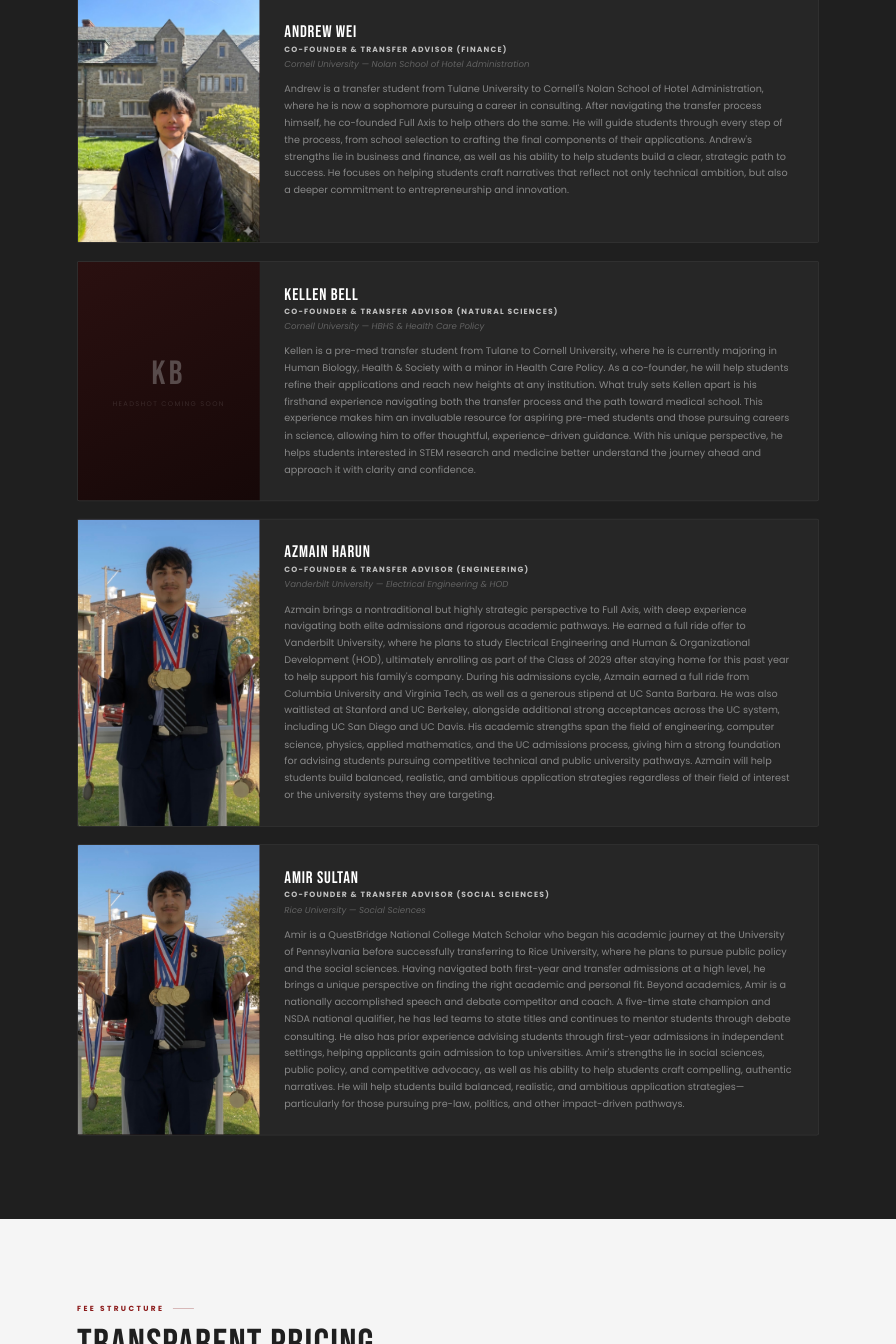
Repository: epeguero8311/cesar
Page: index.html
An editor plug-in stored every save of this project. The page is shown before and after the next save, followed by the edit.
The browser window is 1280 px wide. The pictures show the part of the page from y = 2360 to 4280 px (the page is 7453 px tall), at 70% of full size.

Above is the page before, as saved 2026-05-07 21:16:33.

### index.html
<!DOCTYPE html>
<html lang="en">
<head>
<meta charset="UTF-8" />
<meta name="viewport" content="width=device-width, initial-scale=1.0" />
<link rel="icon" type="image/png" href="Untitled_design__1_-removebg-preview.png" />
<title>Full Axis — Prestige Admissions Advisory</title>
<link rel="preconnect" href="https://fonts.googleapis.com" />
<link rel="preconnect" href="https://fonts.gstatic.com" crossorigin />
<link href="https://fonts.googleapis.com/css2?family=Bebas+Neue&family=Poppins:ital,wght@0,300;0,400;0,500;0,600;0,700;1,400&display=swap" rel="stylesheet" />
<link rel="stylesheet" href="style.css" />
</head>
<body>

<!-- NAV -->
<nav>
  <div class="nav-brand">
    <img src="IMG_4736-removebg-preview.png" alt="Full Axis" class="nav-logo-img" />
  </div>
  <ul class="nav-links">
    <li><a href="#mission">Mission</a></li>
    <li><a href="#team">Team</a></li>
    <li><a href="#pricing">Packages</a></li>
    <li><a href="#apply" class="nav-cta">Apply Now</a></li>
  </ul>
</nav>

<!-- HERO -->
<section id="hero">
  <div class="hero-inner">
    <div class="hero-eyebrow">Prestige Admissions Advisory</div>
    <h1 class="hero-title">Your defining<br /><em>axis</em> starts here.</h1>
    <div class="hero-rule"></div>
    <p class="hero-sub">Connect → Gameplan → Success</p>
    <div class="hero-actions">
      <a href="#apply" class="btn-primary">Begin Your Application</a>
      <a href="#mission" class="btn-outline">Learn More</a>
    </div>
  </div>
</section>

<!-- STATS RIBBON -->
<div class="stats-ribbon">
  <div class="stat"><strong>Tier 1</strong>&nbsp;Target Schools</div>
  <div class="stat-sep"></div>
  <div class="stat"><strong>Paired</strong>&nbsp;Major-Specific Mentors</div>
  <div class="stat-sep"></div>
  <div class="stat"><strong>Beta</strong>&nbsp;2026–27 Cycle</div>
  <div class="stat-sep"></div>
  <div class="stat"><strong>Free</strong>&nbsp;First Consultation</div>
</div>

<!-- MISSION -->
<section id="mission">
  <div class="section-inner">
    <div class="section-label">Who We Are</div>
    <h2 class="section-title">Built on precision.<br />Defined by results.</h2>
    <div class="mission-grid">
      <div class="reveal">
        <p class="mission-statement">Full Axis is a prestige-focused, major-specific admissions advisory firm. We specialize in guiding students from a multitude of backgrounds through the most competitive first-year and transfer pathways in the country.</p>
        <div class="beta-badge">
          <span class="beta-dot"></span>
          Currently in Beta — 2026–2027 Cycle &nbsp;·&nbsp; Limited Spots Available
        </div>
      </div>
      <div class="mission-right reveal d2">
        <div class="pillar">
          <h3>Our Approach</h3>
          <p>We operate on a "Tiered Expertise" model, pairing each student with mentors who have successfully navigated their exact target trajectory — gaining admission to top programs in their respective fields.</p>
        </div>
        <div class="pillar">
          <h3>Our Philosophy</h3>
          <p>We believe every applicant has a defining narrative axis. Whether it is the pursuit of an elite standard or a strategic reinvention, our role is to identify, refine, and position that axis with precision.</p>
        </div>
      </div>
    </div>
    <div class="ornament"><div class="ornament-diamond"></div></div>
  </div>
</section>

<!-- TEAM -->
<section id="team">
  <div class="section-inner">
    <div class="team-intro">
      <div class="section-label">The Axis Network</div>
      <h2 class="section-title on-dark">Guided by those<br />who've been there.</h2>
    </div>
    <div class="team-grid">
      <!-- Cesar -->
      <div class="team-card reveal">
        <div class="team-photo">
          <div class="team-photo-ph"><div class="team-initials">C</div><div class="photo-hint">Headshot coming soon</div></div>
        </div>
        <div class="team-info">
          <div class="team-name">Cesar Espinoza</div>
          <div class="team-role">Founder &amp; Director</div>
          <div class="team-school">Full Axis</div>
          <p class="team-bio">Cesar leads Full Axis with a mission to make the college admissions process more structured, strategic, and accessible. He works with students across a range of pathways—from high-achieving first-year applicants seeking stronger outcomes to college students refining their academic direction—helping them clarify goals and strengthen their applications. With immense knowledge in the transfer landscape, particularly STEM-focused pathways, he oversees advisor strategy and ensures each student is matched with the right support for their goals.</p>
        </div>
      </div>
      <!-- Andrew -->
      <div class="team-card reveal d1">
        <div class="team-photo">
          <img src="headshots/headshot-Andrew_Wei 2.JPEG" alt="Andrew Wei" class="team-headshot" />
        </div>
        <div class="team-info">
          <div class="team-name">Andrew Wei</div>
          <div class="team-role">Co-Founder &amp; Transfer Advisor (Finance)</div>
          <div class="team-school">Cornell University — Nolan School of Hotel Administration</div>
          <p class="team-bio">Andrew is a transfer student from Tulane University to Cornell's Nolan School of Hotel Administration, where he is now a sophomore pursuing a career in consulting. After navigating the transfer process himself, he co-founded Full Axis to help others do the same. He will guide students through every step of the process, from school selection to crafting the final components of their applications. Andrew's strengths lie in business and finance, as well as his ability to help students build a clear, strategic path to success. He focuses on helping students craft narratives that reflect not only technical ambition, but also a deeper commitment to entrepreneurship and innovation.</p>
        </div>
      </div>
      <!-- Kellen -->
      <div class="team-card reveal d2">
        <div class="team-photo">
          <div class="team-photo-ph"><div class="team-initials">KB</div><div class="photo-hint">Headshot coming soon</div></div>
        </div>
        <div class="team-info">
          <div class="team-name">Kellen Bell</div>
          <div class="team-role">Co-Founder &amp; Transfer Advisor (Natural Sciences)</div>
          <div class="team-school">Cornell University — HBHS &amp; Health Care Policy</div>
          <p class="team-bio">Kellen is a pre-med transfer student from Tulane to Cornell University, where he is currently majoring in Human Biology, Health & Society with a minor in Health Care Policy. As a co-founder, he will help students refine their applications and reach new heights at any institution. What truly sets Kellen apart is his firsthand experience navigating both the transfer process and the path toward medical school. This experience makes him an invaluable resource for aspiring pre-med students and those pursuing careers in science, allowing him to offer thoughtful, experience-driven guidance. With his unique perspective, he helps students interested in STEM research and medicine better understand the journey ahead and approach it with clarity and confidence.</p>
        </div>
      </div>
      <!-- Azmain -->
      <div class="team-card reveal d3">
        <div class="team-photo">
          <img src="headshots/IMG_4781.jpg" alt="Azmain" class="team-headshot" />
        </div>
        <div class="team-info">
          <div class="team-name">Azmain Harun</div>
          <div class="team-role">Co-Founder &amp; Transfer Advisor (Engineering)</div>
          <div class="team-school">Vanderbilt University — Electrical Engineering &amp; HOD</div>
          <p class="team-bio">Azmain brings a nontraditional but highly strategic perspective to Full Axis, with deep experience navigating both elite admissions and rigorous academic pathways. He earned a full ride offer to Vanderbilt University, where he plans to study Electrical Engineering and Human & Organizational Development (HOD), ultimately enrolling as part of the Class of 2029 after staying home for this past year to help support his family's company.

During his admissions cycle, Azmain earned a full ride from Columbia University and Virginia Tech, as well as a generous stipend at UC Santa Barbara. He was also waitlisted at Stanford and UC Berkeley, alongside additional strong acceptances across the UC system, including UC San Diego and UC Davis.

His academic strengths span the field of engineering, computer science, physics, applied mathematics, and the UC admissions process, giving him a strong foundation for advising students pursuing competitive technical and public university pathways. Azmain will help students build balanced, realistic, and ambitious application strategies regardless of their field of interest or the university systems they are targeting.</p>
        </div>
      </div>
      <!-- Amir -->
      <div class="team-card reveal d4">
        <div class="team-photo">
          <img src="headshots/IMG_4781.jpg" alt="Amir" class="team-headshot" />
        </div>
        <div class="team-info">
          <div class="team-name">Amir Sultan</div>
          <div class="team-role">Co-Founder &amp; Transfer Advisor (Social Sciences)</div>
          <div class="team-school">Rice University — Social Sciences</div>
          <p class="team-bio">Amir is a QuestBridge National College Match Scholar who began his academic journey at the University of Pennsylvania before successfully transferring to Rice University, where he plans to pursue public policy and the social sciences. Having navigated both first-year and transfer admissions at a high level, he brings a unique perspective on finding the right academic and personal fit.

Beyond academics, Amir is a nationally accomplished speech and debate competitor and coach. A five-time state champion and NSDA national qualifier, he has led teams to state titles and continues to mentor students through debate consulting. He also has prior experience advising students through first-year admissions in independent settings, helping applicants gain admission to top universities.

Amir's strengths lie in social sciences, public policy, and competitive advocacy, as well as his ability to help students craft compelling, authentic narratives. He will help students build balanced, realistic, and ambitious application strategies—particularly for those pursuing pre-law, politics, and other impact-driven pathways.</p>
        </div>
      </div>
    </div>
  </div>
</section>

<!-- PRICING -->
<section id="pricing">
  <div class="section-inner">
    <div class="pricing-hd reveal">
      <div class="section-label">Fee Structure</div>
      <h2 class="section-title">Transparent pricing.<br />Unmatched access.</h2>
      <div class="pricing-beta-block">Full Axis is currently in its beta cycle for the 2026–2027 school year. As we onboard our inaugural cohort, we strongly recommend getting started with us as soon as possible; this allows us to fully maximize your potential as an applicant. We operate on a rolling application system, with an application deadline in late September.</div>
    </div>

    <h3 class="axis-heading">Transfer Axis</h3>
    <p class="axis-desc">The Transfer Axis is an intensive, mentor-led program built for students aiming to successfully navigate the highly selective transfer admissions process. Rather than focusing solely on application polish, we work to construct a cohesive academic and extracurricular direction aligned with the expectations of top-tier institutions, creating a clear blueprint for success that extends beyond transfer outcomes into post-graduate goals.

We help students build a comprehensive transfer roadmap tailored to both their target "dream" schools and a strategically selected set of well-matched, adjacent institutions, all grounded in individualized advising. From there, we guide major- and school-specific course selection to ensure each academic decision strengthens long-term positioning and aligns with admissions expectations. We also work closely with students to define a cohesive narrative that anchors and differentiates their application, then translate it into clear, high-impact essays that effectively communicate their story and strengths. Throughout the process, students receive hands-on essay support, ongoing mentorship, and direct guidance as questions arise. The result is a fully integrated, step-by-step framework that brings structure, clarity, and intentionality from initial planning through final submission.</p>
    <div class="pkg-grid reveal">
      <div class="pkg">
        <div class="pkg-name">Starter</div>
        <div class="rev-price">$1,350</div>
        <ul class="pkg-feats">
          <li class="pkg-feat">Paired mentor throughout application process</li>
          <li class="pkg-feat">Guaranteed monthly meetings</li>
          <li class="pkg-feat">Essay review for up to 3 schools</li>
        </ul>
        <div class="consult-note">✦ Free initial consultation included</div>
      </div>
      <div class="pkg featured">
        <div class="pkg-badge">Most Popular</div>
        <div class="pkg-name">Founders</div>
        <div class="rev-price">$1,500</div>
        <ul class="pkg-feats">
          <li class="pkg-feat">Paired mentor throughout application process</li>
          <li class="pkg-feat">Guaranteed monthly meetings</li>
          <li class="pkg-feat">Essay review for up to 5 schools</li>
          <li class="pkg-feat">Tailored roadmap built to your individual profile</li>
        </ul>
        <div class="consult-note">✦ Free initial consultation included</div>
      </div>
      <div class="pkg">
        <div class="pkg-name">Advanced</div>
        <div class="rev-price">$2,000</div>
        <ul class="pkg-feats">
          <li class="pkg-feat">Paired mentor throughout application process</li>
          <li class="pkg-feat">Guaranteed monthly meetings</li>
          <li class="pkg-feat">Essay review for up to 7 schools</li>
          <li class="pkg-feat">Tailored roadmap built to your individual profile</li>
        </ul>
        <div class="consult-note">✦ Free initial consultation included</div>
      </div>
      <div class="pkg">
        <div class="pkg-name">Premium</div>
        <div class="rev-price">$3,000</div>
        <ul class="pkg-feats">
          <li class="pkg-feat">Paired mentor throughout application process</li>
          <li class="pkg-feat">Guaranteed monthly meetings</li>
          <li class="pkg-feat">Essay review for up to 12 schools</li>
          <li class="pkg-feat">Tailored roadmap built to your individual profile</li>
        </ul>
        <div class="consult-note">✦ Free initial consultation included</div>
      </div>
    </div>

    <h3 class="axis-heading" style="margin-top:4.5rem">Review Axis</h3>
    <p class="axis-desc">The Review Axis is a focused, asynchronous essay review service designed for students who have completed the foundational work of their application and want expert-level refinement before submission. This tier is ideal for applicants seeking a precise, experienced second set of eyes to ensure their narrative is clear, compelling, and free of structural or strategic weaknesses. Support is centered entirely on written materials, with feedback delivered through detailed Google Docs edits and commentary, typically within a 24–72 hour turnaround.

Students may use this plan to refine personal statements or supplemental essays, with targeted guidance on narrative clarity, structure, and prompt alignment. Email communication and limited calls are available strictly for essay strategy discussions, including brainstorming, narrative direction, and refinement of key ideas. This service is intentionally bounded to written application support and does not include advising work covered under the Transfer Axis. A minimum 45-day window prior to the earliest application deadline is required to ensure adequate revision cycles and optimal results.</p>
    <div class="rev-grid reveal">
      <div class="rev-card">
        <div class="rev-card-title">High Schoolers — Essay Only</div>
        <div class="rev-price">$200</div>
        <ul class="rev-feats">
          <li class="rev-feat">Personal statement review + one-time editing &amp; recommendations</li>
          <li class="rev-or">— or —</li>
          <li class="rev-feat">Two supplemental essay reviews + one-time editing &amp; recommendations</li>
        </ul>
      </div>
      <div class="rev-card">
        <div class="rev-card-title">Transfers — Essay Only</div>
        <div class="rev-price">$200</div>
        <ul class="rev-feats">
          <li class="rev-feat">Single supplemental essay + one-time editing &amp; recommendation</li>
        </ul>
        <div class="rev-addons">
          <div class="addon"><strong>+ $150</strong>&nbsp;each additional supplemental essay</div>
          <div class="addon"><strong>+ $75</strong>&nbsp;essays under 100 words</div>
          <div class="addon"><strong>+ $50</strong>&nbsp;each additional short essay</div>
        </div>
      </div>
    </div>
  </div>
</section>

<!-- APPLY -->
<section id="apply">
  <div class="section-inner">
    <div class="apply-grid reveal">
      <div>
        <div class="section-label">Get Started</div>
        <h2 class="apply-title">Ready to find<br />your <em>axis?</em></h2>
        <p class="apply-sub">Submit your application through our intake form and a member of our team will reach out within 48 hours. Spots for the 2026–2027 cycle are limited.</p>
        <div class="consult-callout">
          <strong>✦ Free First Consultation (Included With Every Application)</strong>
          <p>Every student who applies receives a complimentary initial consultation at no cost. We assess your profile and identify the best pathway forward — no commitment required.</p>
        </div>
      </div>
      <div class="apply-box">
        <div class="apply-icon">
          <svg viewBox="0 0 24 24"><path d="M9 12l2 2 4-4M21 12a9 9 0 11-18 0 9 9 0 0118 0z"/></svg>
        </div>
        <h3>Apply Now</h3>
        <p>Complete our short intake form. Every application is reviewed personally by our team.</p>
        <a href="https://docs.google.com/forms/d/e/1FAIpQLSdoFQlOemhVGL9cHiw1zWZMkfWvCgZNxgydIc3T4HkZGuN4dA/viewform?usp=header"
           target="_blank" rel="noopener noreferrer" class="btn-apply">Begin Your Application →</a>
        <p class="apply-fine">Beta Cycle — 2026–2027 Admissions Year</p>
      </div>
    </div>
  </div>
</section>

<!-- FOOTER -->
<footer>
  <div class="ft-logo">Full <span>Axis</span></div>
  <div class="ft-note">Full Axis is currently operating in its beta cycle for the 2026–2027 admissions year. Prestige-focused, major-specific admissions advisory.</div>
  <div class="ft-right">
    <div class="ft-social">
      <!-- Instagram -->
      <a href="https://www.instagram.com/fullaxisconsulting?igsh=MTVjaGZybGl2OHJxNw==" target="_blank" rel="noopener noreferrer" aria-label="Instagram">
        <svg viewBox="0 0 24 24" stroke="white" fill="none" stroke-width="1.8" stroke-linecap="round" stroke-linejoin="round">
          <rect x="2" y="2" width="20" height="20" rx="5" ry="5"/>
          <circle cx="12" cy="12" r="4"/>
          <circle cx="17.5" cy="6.5" r="0.5" fill="white" stroke="none"/>
        </svg>
      </a>
      <!-- TikTok -->
      <a href="https://www.tiktok.com/@fullaxiscc?_r=1&_t=ZP-95ywb3mjwBK" target="_blank" rel="noopener noreferrer" aria-label="TikTok">
        <svg viewBox="0 0 24 24" fill="white" stroke="none">
          <path d="M19.59 6.69a4.83 4.83 0 01-3.77-4.25V2h-3.45v13.67a2.89 2.89 0 01-2.88 2.5 2.89 2.89 0 01-2.89-2.89 2.89 2.89 0 012.89-2.89c.28 0 .54.04.79.1V9.01a6.33 6.33 0 00-.79-.05 6.34 6.34 0 00-6.34 6.34 6.34 6.34 0 006.34 6.34 6.34 6.34 0 006.33-6.34V8.69a8.24 8.24 0 004.84 1.56V6.81a4.85 4.85 0 01-1.07-.12z"/>
        </svg>
      </a>
    </div>
    <div class="ft-copy">© 2026 Full Axis</div>
  </div>
</footer>

<style>
.ft-right{display:flex;flex-direction:column;align-items:flex-end;gap:0.75rem}
@media(max-width:580px){.ft-right{align-items:center}}
</style>

<script src="main.js"></script>
</body>
</html>

Loaded but not shown: main.js (5 lines, source omitted); style.css (348 lines, source omitted)

After the next save:
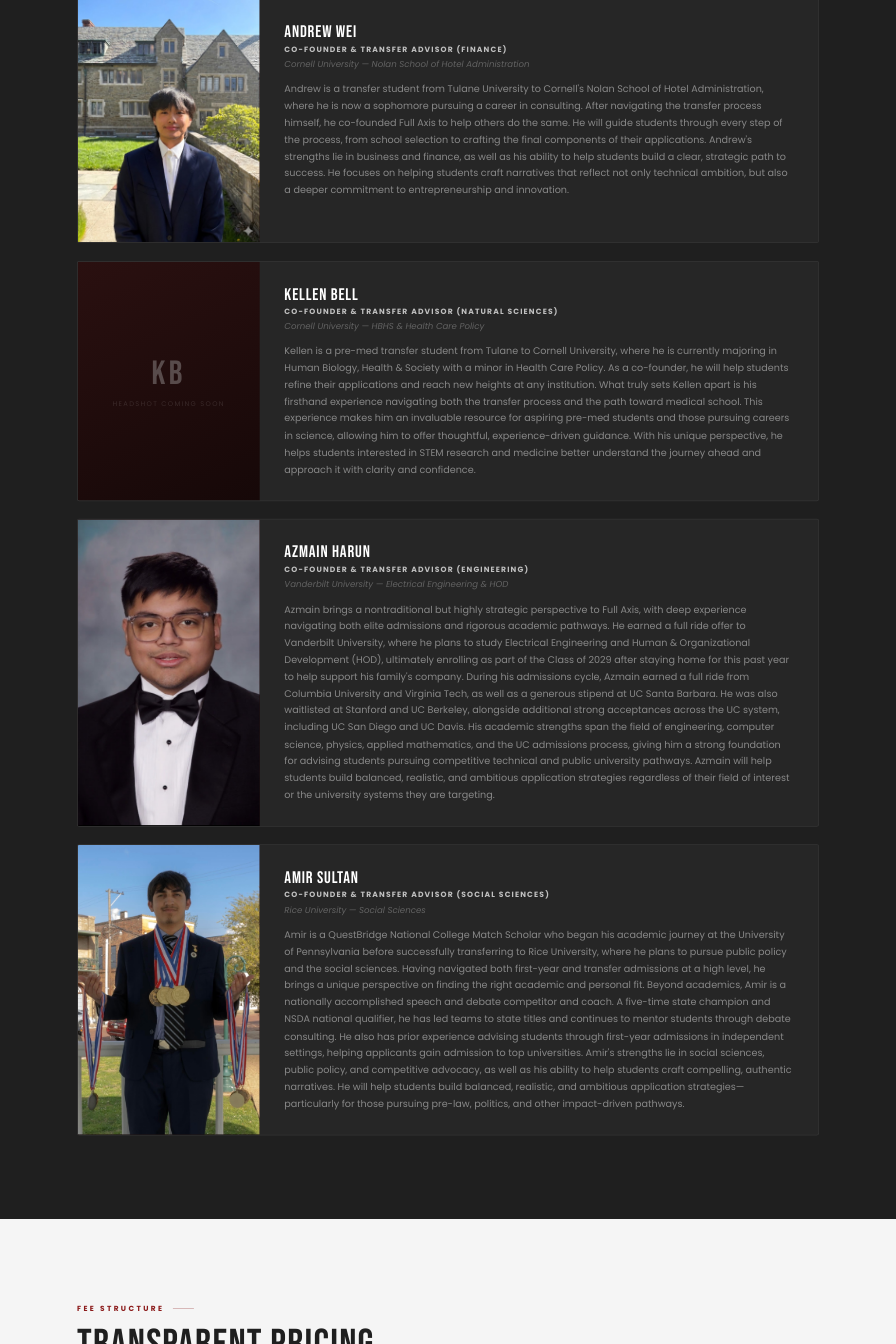
Saved 20 s later.
--- a/index.html
+++ b/index.html
@@ -125,7 +125,7 @@
       <!-- Azmain -->
       <div class="team-card reveal d3">
         <div class="team-photo">
-          <img src="headshots/IMG_4781.jpg" alt="Azmain" class="team-headshot" />
+          <img src="headshots/IMG_4873.jpeg" alt="Azmain" class="team-headshot" />
         </div>
         <div class="team-info">
           <div class="team-name">Azmain Harun</div>
